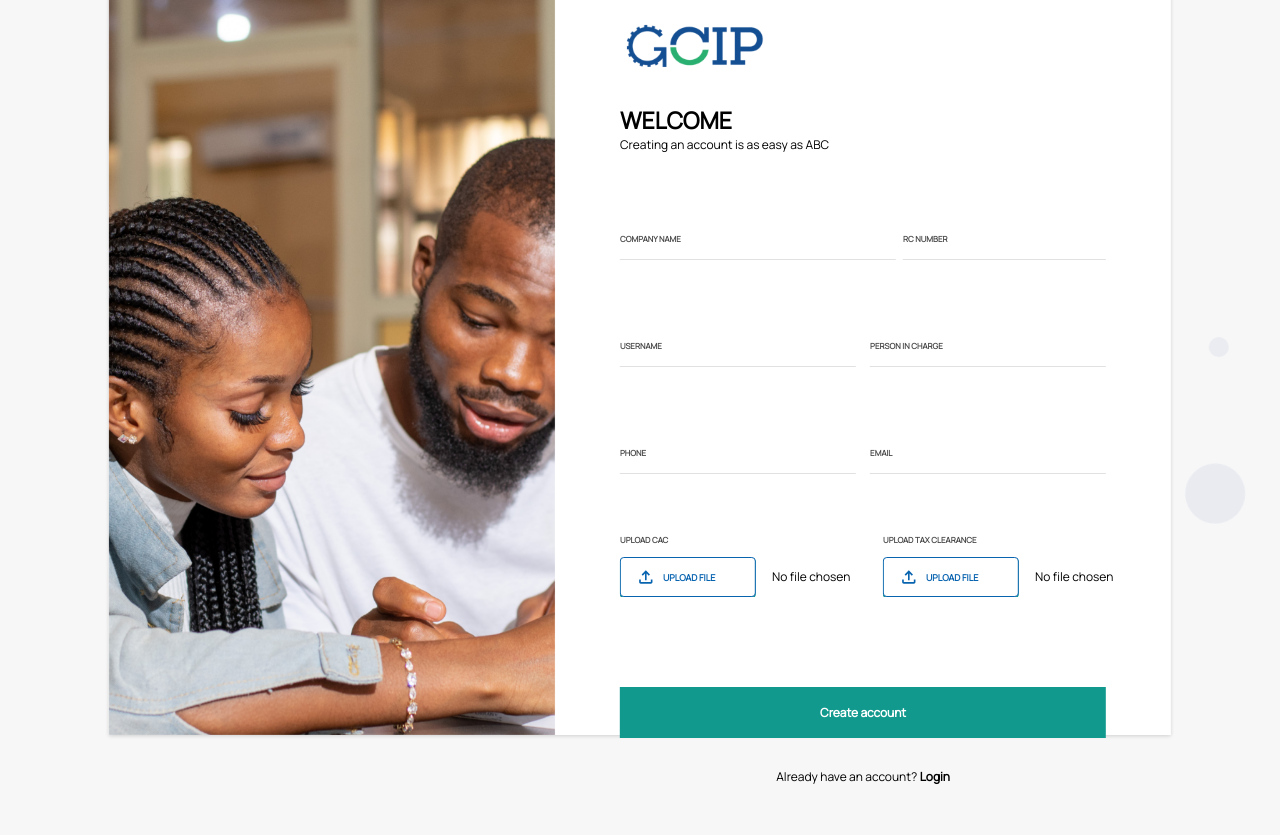
Repository: mualiyu/GCIP-Applicant-Portal
Page: /signup
An editor plug-in stored every save of this project. The page is shown before and after the next save, followed by the edit.
The browser window is 1280 px wide. The pictures show the whole page.
The project was rebuilt for these pictures with package versions that can differ from the ones it lists, and the page was loaded fresh each time. Also part of the build but not shown: vite.config.ts, src/pages/styles/login.css, src/components/Common.tsx, src/components/styles/input.css, src/components/Input.tsx, src/components/styles/button.css, src/assets/Colors/Colors.ts, src/components/Button.tsx and 83 more.

Above is the page before, as saved 2024-03-13 05:43:52.

After the next save:
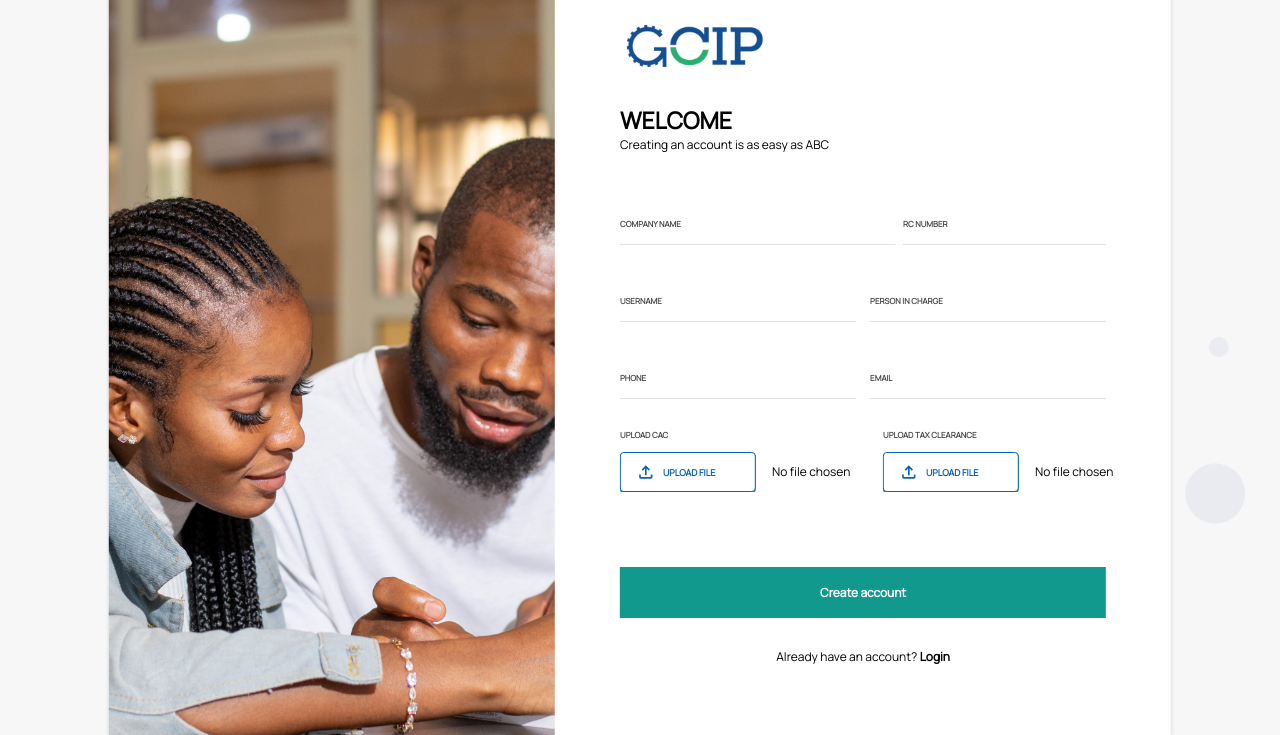
Saved 15 s later.
--- a/src/pages/SignUp.tsx
+++ b/src/pages/SignUp.tsx
@@ -124,7 +124,7 @@ function Login() {
               <p className="sub_title mb-xl"> Creating an account is as easy as ABC</p>
 
               <div className="flex">
-                            <div className="form__group field col-8 mr-sm">
+                            <div className="form__group__register field col-8 mr-sm">
                 <input
                   type="input"
                   className="form__field"
@@ -138,7 +138,7 @@ function Login() {
                   Company Name
                 </label>
               </div>
-              <div className="form__group field col-5">
+              <div className="form__group__register field col-5">
                 <input
                   type="input"
                   className="form__field"
@@ -157,13 +157,13 @@ function Login() {
 
 
               <div className="flex">
-                            <div className="form__group field col-12 mr-sm">
+                            <div className="form__group__register field col-12 mr-sm">
                                 <input type="input" className="form__field" placeholder="" value={formik.values.username}
                   name="username"
                   onChange={formik.handleChange} required />
                                 <label className="form__label">Username</label>
                             </div>
-                            <div className="form__group field col-12 ml-sm">
+                            <div className="form__group__register field col-12 ml-sm">
                                 <input type="email" className="form__field" placeholder="" value={formik.values.person_incharge} name="person_incharge"
                   onChange={formik.handleChange} required />
                                 <label className="form__label">Person in Charge</label>
@@ -171,13 +171,13 @@ function Login() {
                         </div>
 
                         <div className="flex">
-                            <div className="form__group field col-12 mr-sm">
+                            <div className="form__group__register field col-12 mr-sm">
                                 <input type="input" className="form__field" placeholder="" value={formik.values.phone}
                   name="phone"
                   onChange={formik.handleChange} required />
                                 <label className="form__label">Phone</label>
                             </div>
-                            <div className="form__group field col-12 ml-sm">
+                            <div className="form__group__register field col-12 ml-sm">
                                 <input type="email" className="form__field" placeholder="youremail@email.com" name="email"
                   onChange={formik.handleChange} required />
                                 <label className="form__label">Email</label>
@@ -186,7 +186,7 @@ function Login() {
 
 
                         <div className="flex">
-                            <div className="form__group field col-12 mr-sm">
+                            <div className="form__group__register field col-12 mr-sm">
                             <input type="file" className="" onChange={(e) => {
 
                 const formData = new FormData();
@@ -229,7 +229,7 @@ function Login() {
               }} />
                             <label className="form__label">Upload CAC</label>
                         </div>
-                        <div className="form__group field col-12 ml-sm">
+                        <div className="form__group__register field col-12 ml-sm">
                         <input type="file" className="" onChange={(e) => {
                 const formData = new FormData();
                 const files = e.target.files;
